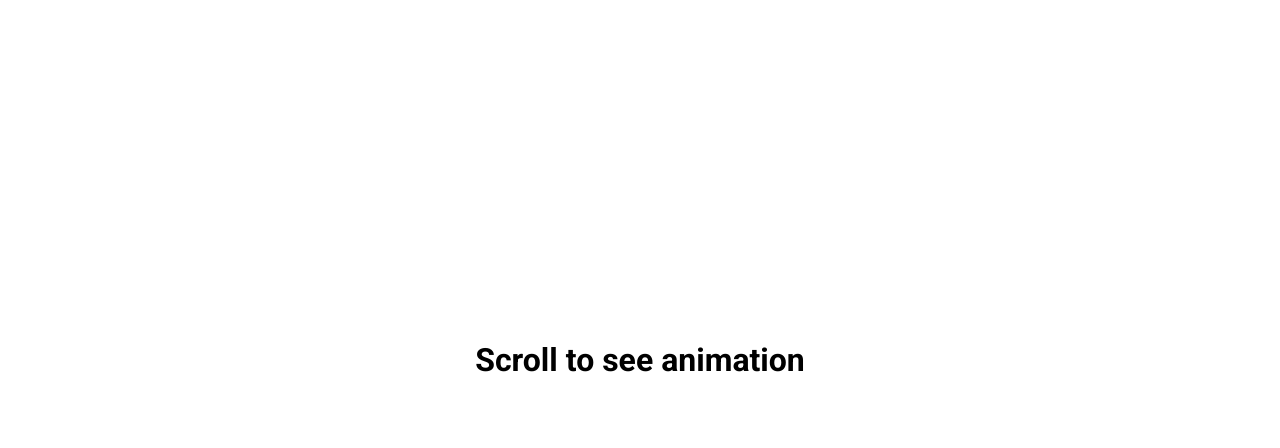
Repository: thecoachanna/scroll-animation
Page: index.html
The author's editor kept a copy of each file at every save. The page is drawn from the files as they stood at one save, then again after a run of saves.
The browser window is 1280 px wide. The pictures show the whole page.
Some web fonts or font styles are not loaded; a fallback is used.

Above is the page before, as saved 2023-02-20 12:38:09.

After the next 2 saves:
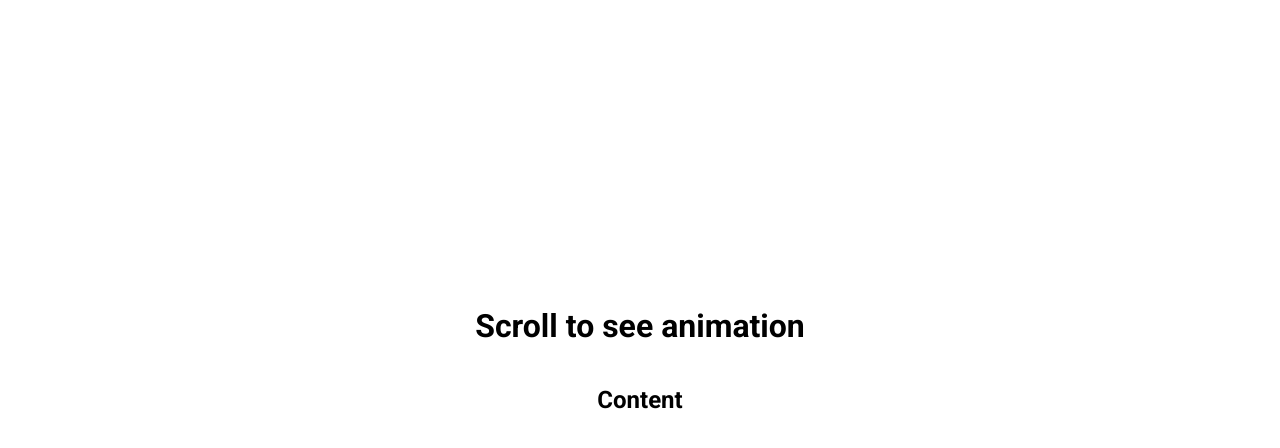
The 2 saves are shown as one change because they came seconds apart.
The last was saved 13 s later.
--- a/index.html
+++ b/index.html
@@ -9,7 +9,7 @@
 </head>
 <body>
     <h1>Scroll to see animation</h1>
-    <div class="box"></div>
+    <div class="box"><h2>Content</h2></div>
     <script src="script.js"></script>
 </body>
 </html>
